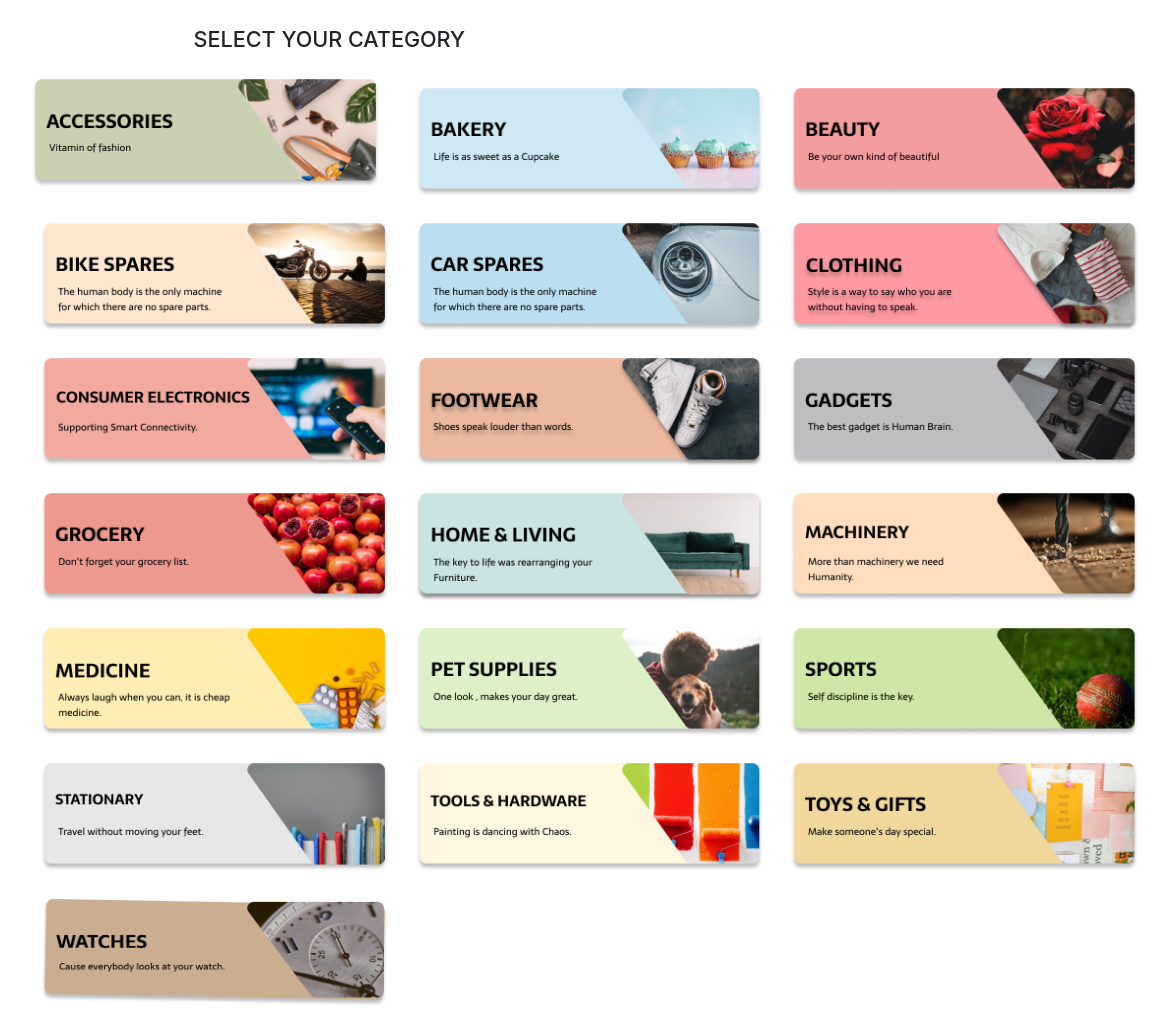
Repository: simranbhurat/WhiteLeaf
Page: frontend/category.html
An editor plug-in stored every save of this project. The page is shown before and after a run of saves, followed by the edit.
The browser window is 1280 px wide. The pictures show the whole page, at 90% of full size.
Some web libraries are served in a nearby version.

Above is the page before, as saved 2020-07-24 23:01:34.

### frontend/category.html
<!doctype html>
<html lang="en">

<head>
    <!-- Required meta tags -->
    <meta charset="utf-8">
    <meta name="viewport" content="width=device-width, initial-scale=1">

    <!-- Bootstrap CSS -->
    <link rel="stylesheet" href="https://stackpath.bootstrapcdn.com/bootstrap/4.5.0/css/bootstrap.min.css"
        integrity="sha384-9aIt2nRpC12Uk9gS9baDl411NQApFmC26EwAOH8WgZl5MYYxFfc+NcPb1dKGj7Sk" crossorigin="anonymous">
    <link href="css/styles.css" rel="stylesheet" />

    <title>Category</title>
    <script>
        // Each image has a id, and that is set in the cookie
        function setCategory(id) {
            document.cookie = "category=" + id;
        }
    </script>

</head>

<body>

    <div class="container-fluid">
        <h4 class="mb-4 cen">SELECT YOUR CATEGORY</h4>
        <form class="needs-validation" novalidate class="modal-content animate">
            <div class="container-fluid">

                <div class="row">
                    <div class="col-4" id="arrow">
                        <a href="new.html"><img src="images/accessories.png" class="img-rounded"
                                style="width:100%; height:120px; margin:5px ; object-fit: fill;" onclick="setCategory(this.id)"
                                id="accessories"></a>
                    </div>
                    <div class="col-4" id="arrow">
                        <a href="new.html"><img src="images/bakery.png" class="img-rounded"
                                style="width:100%; height:120px; margin:15px; object-fit: fill;" onclick="setCategory(this.id)"
                                id="bakery"></a>
                    </div>
                    <div class="col-4" id="arrow">
                        <a href="new.html"><img src="images/beauty.png" class="img-rounded"
                                style="width:100%; height:120px; margin:15px; object-fit: fill;" onclick="setCategory(this.id)"
                                id="beauty"></a>
                    </div>

                </div>
                <div class="row">
                    <div class="col-4" id="arrow">
                        <a href="new.html"><img src="images/bike_spares.png" class="img-rounded"
                                style="width:100%; height:120px; margin:15px; object-fit: fill;" onclick="setCategory(this.id)"
                                id="bike_spares"></a>
                    </div>
                    <div class="col-4" id="arrow">
                        <a href="new.html"><img src="images/car_spares.png" class="img-rounded"
                                style="width:100%; height:120px; margin:15px; object-fit: fill;" onclick="setCategory(this.id)"
                                id="car_spares"></a>
                    </div>
                    <div class="col-4" id="arrow">
                        <a href="new.html"><img src="images/clothing.png" class="img-rounded"
                                style="width:100%; height:120px; margin:15px; object-fit: fill;" onclick="setCategory(this.id)"
                                id="clothing"></a>
                    </div>
                </div>



                <div class="row">


                    <div class="col-4" id="arrow">
                        <a href="new.html"><img src="images/consumer_electronics.png" class="img-rounded"
                                style="width:100%; height:120px; margin:15px; object-fit: fill;" onclick="setCategory(this.id)"
                                id="consumer_electronics"></a>
                    </div>
                    <div class="col-4" id="arrow">
                        <a href="new.html"><img src="images/footwear.png" class="img-rounded"
                                style="width:100%; height:120px; margin:15px; object-fit: fill;" onclick="setCategory(this.id)"
                                id="footwear"></a>
                    </div>
                    <div class="col-4" id="arrow">
                        <a href="new.html"><img src="images/gadgets.png" class="img-rounded"
                                style="width:100%; height:120px; margin:15px; object-fit: fill;" onclick="setCategory(this.id)"
                                id="gadgets"></a>
                    </div>

                </div>



                <div class="row">


                    <div class="col-4" id="arrow">
                        <a href="new.html"><img src="images/grocery.png" class="img-rounded"
                                style="width:100%; height:120px; margin:15px; object-fit: fill;" onclick="setCategory(this.id)"
                                id="grocery"></a>
                    </div>

                    <div class="col-4" id="arrow">
                        <a href="new.html"><img src="images/home_and_living.png" class="img-rounded"
                                style="width:100%; height:120px; margin:15px; object-fit: fill;" onclick="setCategory(this.id)"
                                id="home_and_living"></a>
                    </div>
                    <div class="col-4" id="arrow">
                        <a href="new.html"><img src="images/machinery.png" class="img-rounded"
                                style="width:100%; height:120px; margin:15px; object-fit: fill;" onclick="setCategory(this.id)"
                                id="machinery"></a>
                    </div>

                </div>

                <div class="row">
                    <div class="col-4" id="arrow">
                        <a href="new.html"><img src="images/medicine.PNG" class="img-rounded"
                                style="width:100%; height:120px; margin:15px; object-fit: fill;" onclick="setCategory(this.id)"
                                id="medicine"></a>
                    </div>
                    <div class="col-4" id="arrow">
                        <a href="new.html"><img src="images/pet_supplies.png" class="img-rounded"
                                style="width:100%; height:120px; margin:15px; object-fit: fill;" onclick="setCategory(this.id)"
                                id="pet_supplies"></a>
                    </div>
                    <div class="col-4" id="arrow">
                        <a href="new.html"><img src="images/sports.png" class="img-rounded"
                                style="width:100%; height:120px; margin:15px; object-fit: fill;" onclick="setCategory(this.id)"
                                id="sports"></a>
                    </div>


                </div>

                <div class="row">
                    <div class="col-4" id="arrow">
                        <a href="new.html"><img src="images/stationary.png" class="img-rounded"
                                style="width:100%; height:120px; margin:15px; object-fit: fill;" onclick="setCategory(this.id)"
                                id="stationary"></a>
                    </div>
                    <div class="col-4" id="arrow">
                        <a href="new.html"><img src="images/tools_and_hardware.png" class="img-rounded"
                                style="width:100%; height:120px; margin:15px; object-fit: fill;" onclick="setCategory(this.id)"
                                id="tools_and_hardware"></a>
                    </div>
                    <div class="col-4" id="arrow">
                        <a href="new.html"><img src="images/toys_and_gifts.png" class="img-rounded"
                                style="width:100%; height:120px; margin:15px; object-fit: fill;" onclick="setCategory(this.id)"
                                id="toys_and_gifts"></a>

                    </div>

                    <div class="row">

                    </div>
                    <div class="col-4" id="arrow">
                        <a href="new.html"><img src="images/watches.png" class="img-rounded"
                                style="width:100%; height:120px; margin:15px; object-fit: fill;" onclick="setCategory(this.id)"
                                id="watches"></a>
                    </div>

                </div>


            </div>

        </form>
    </div>


    <!-- Optional JavaScript -->
    <!-- jQuery first, then Popper.js, then Bootstrap JS -->
    <script src="https://code.jquery.com/jquery-4.5.1.slim.min.js"
        integrity="sha384-DfXdz2htPH0lsSSs5nCTpuj/zy4C+OGpamoFVy38MVBnE+IbbVYUew+OrCXaRkfj"
        crossorigin="anonymous"></script>
    <script src="https://cdn.jsdelivr.net/npm/popper.js@1.16.0/dist/umd/popper.min.js"
        integrity="sha384-Q6E9RHvbIyZFJoft+2mJbHaEWldlvI9IOYy5n3zV9zzTtmI3UksdQRVvoxMfooAo"
        crossorigin="anonymous"></script>
    <script src="https://ajax.googleapis.com/ajax/libs/jquery/4.5.1/jquery.min.js"></script>
    <script src="https://maxcdn.bootstrapcdn.com/bootstrap/4.4.1/js/bootstrap.min.js"></script>
    <script src="https://stackpath.bootstrapcdn.com/bootstrap/4.5.0/js/bootstrap.min.js"
        integrity="sha384-OgVRvuATP1z7JjHLkuOU7Xw704+h835Lr+6QL9UvYjZE3Ipu6Tp75j7Bh/kR0JKI"
        crossorigin="anonymous"></script>
</body>

</html>

Loaded but not shown: frontend/css/styles.css (library)

After the next 2 saves:
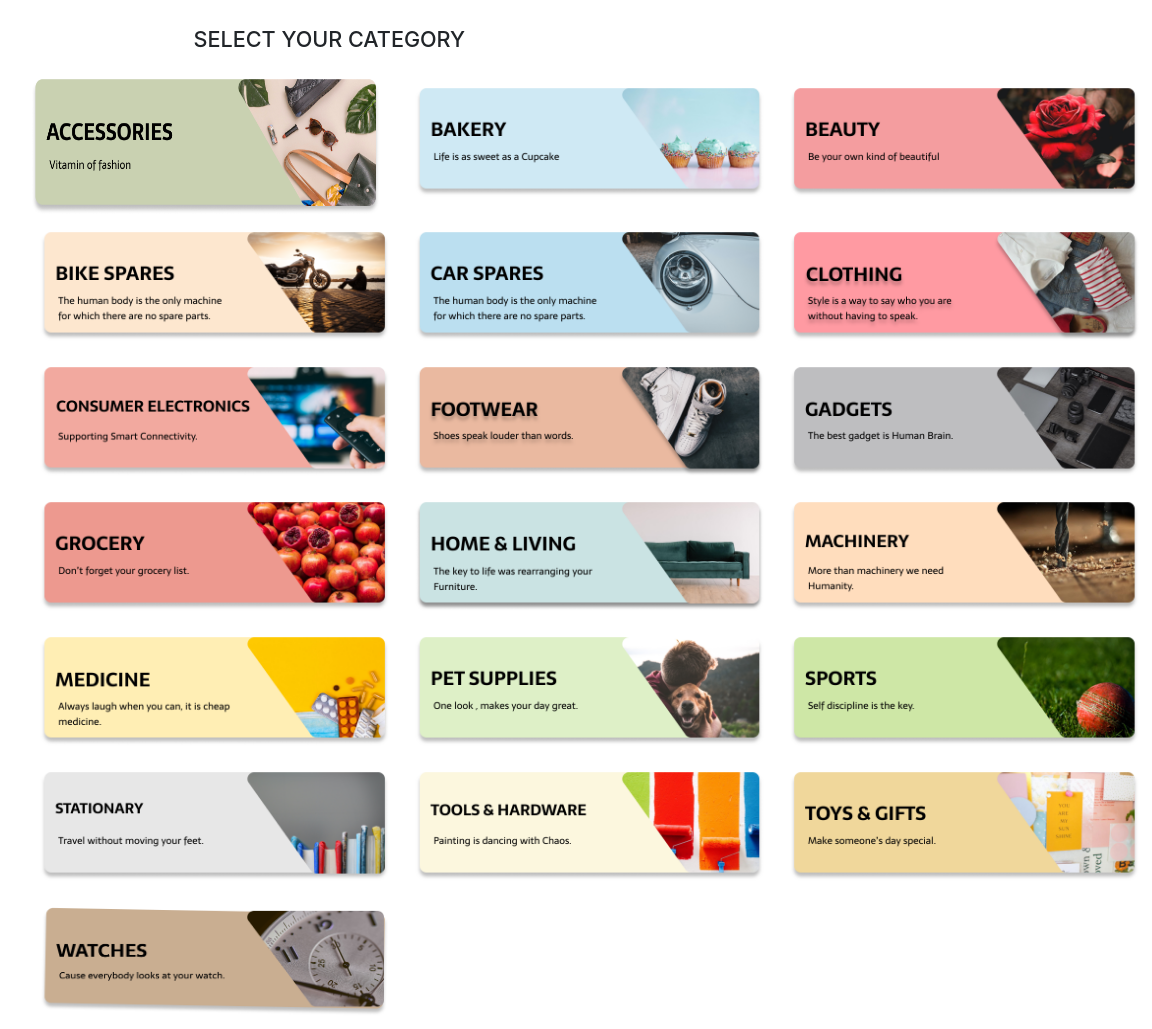
The 2 saves are shown as one change because they came seconds apart.
The last was saved 21 s later.
--- a/frontend/category.html
+++ b/frontend/category.html
@@ -31,7 +31,7 @@
                 <div class="row">
                     <div class="col-4" id="arrow">
                         <a href="new.html"><img src="images/accessories.png" class="img-rounded"
-                                style="width:100%; height:120px; margin:5px ; object-fit: fill;" onclick="setCategory(this.id)"
+                                style="width:100%; height:150px; margin:5px ; object-fit: fill;" onclick="setCategory(this.id)"
                                 id="accessories"></a>
                     </div>
                     <div class="col-4" id="arrow">

After the 2 saves that followed:
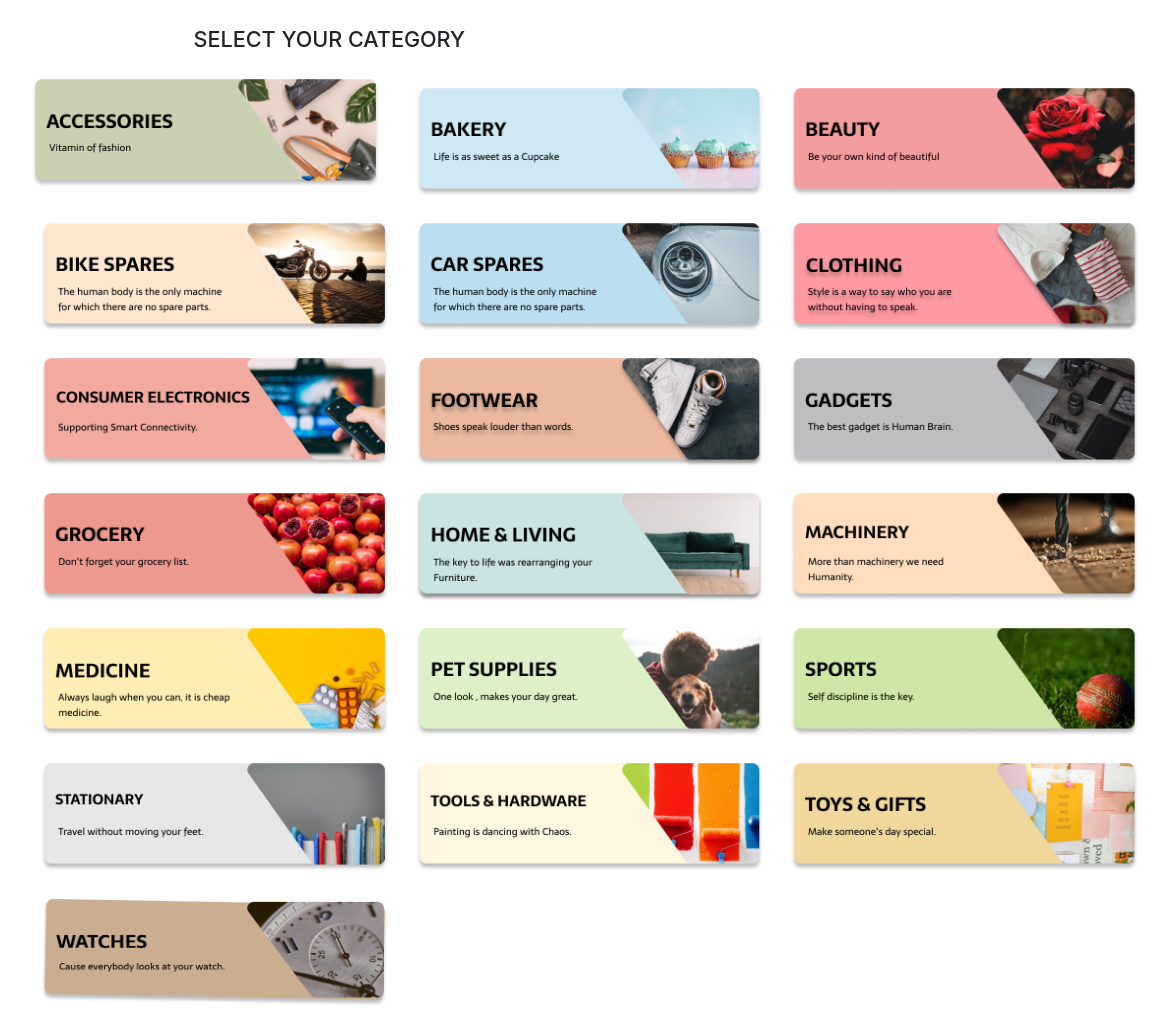
The 2 saves are shown as one change because they came seconds apart.
The last was saved 9 s later.
--- a/frontend/category.html
+++ b/frontend/category.html
@@ -31,7 +31,7 @@
                 <div class="row">
                     <div class="col-4" id="arrow">
                         <a href="new.html"><img src="images/accessories.png" class="img-rounded"
-                                style="width:100%; height:150px; margin:5px ; object-fit: fill;" onclick="setCategory(this.id)"
+                                style="width:100%; height:120px; margin:5px ; object-fit: fill;" onclick="setCategory(this.id)"
                                 id="accessories"></a>
                     </div>
                     <div class="col-4" id="arrow">
